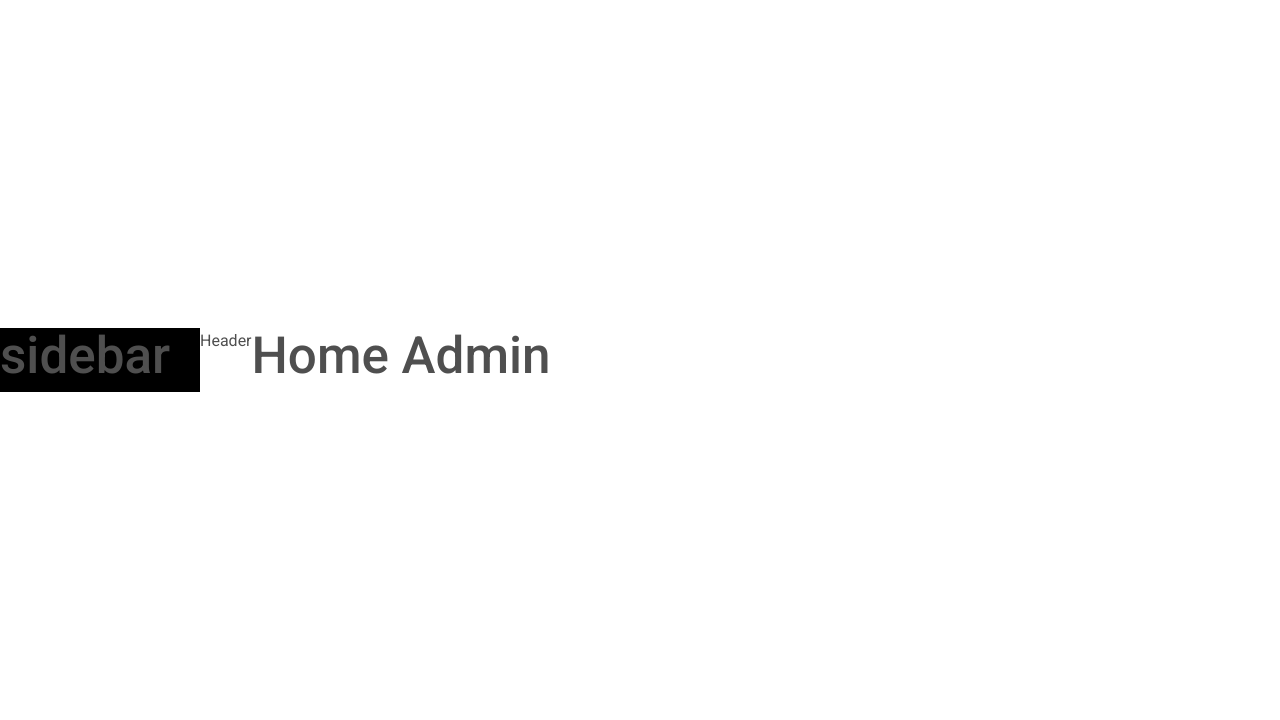
Repository: TinhTT336/MD02_Session10
Page: /admin
The author's editor kept a copy of each file at every save. The page is drawn from the files as they stood at one save, then again after the next save.
The browser window is 1280 px wide. The pictures show the whole page.
Some web libraries are served in a nearby version. The project was rebuilt for these pictures with package versions that can differ from the ones it lists, and the page was loaded fresh each time. Also part of the build but not shown: vite.config.js, src/layouts/Navbar.jsx, src/layouts/Footer.jsx, src/components/base/button/button.css, src/components/base/button/Button.jsx, src/pages/Home.jsx, src/common/formatMoney.js, src/actions/cartActions.js and 11 more. Imported but missing from the stored project, and not drawn on this page: src/layouts/admin/Sidebar.

Above is the page before, as saved 2023-09-08 15:55:15.

### index.html
<!DOCTYPE html>
<html lang="en">
  <head>
    <meta charset="UTF-8" />
    <link rel="icon" type="image/svg+xml" href="/vite.svg" />
    <meta name="viewport" content="width=device-width, initial-scale=1.0" />
    <title>Vite + React</title>
    <!-- Font Awesome -->
    <link
      href="https://cdnjs.cloudflare.com/ajax/libs/font-awesome/6.0.0/css/all.min.css"
      rel="stylesheet"
    />
    <!-- Google Fonts -->
    <link
      href="https://fonts.googleapis.com/css?family=Roboto:300,400,500,700&display=swap"
      rel="stylesheet"
    />
    <!-- MDB -->
    <link
      href="https://cdnjs.cloudflare.com/ajax/libs/mdb-ui-kit/6.4.1/mdb.min.css"
      rel="stylesheet"
    />
  </head>
  <body>
    <div id="root"></div>
    <script type="module" src="/src/main.jsx"></script>
    <script
      type="text/javascript"
      src="https://cdnjs.cloudflare.com/ajax/libs/mdb-ui-kit/6.4.1/mdb.min.js"
    ></script>
  </body>
</html>

### src/main.jsx
import React from 'react'
import ReactDOM from 'react-dom/client'
import App from './App.jsx'
import './index.css'
import { BrowserRouter } from 'react-router-dom'
import { Provider } from 'react-redux'
import { createStore } from 'redux'
import { reducer } from './reducers/index.js'

const store = createStore(reducer)
ReactDOM.createRoot(document.getElementById('root')).render(
  <React.StrictMode>
    <BrowserRouter>
      <Provider store={store}>
        <App />
      </Provider>
    </BrowserRouter>
  </React.StrictMode>,
)

### src/App.jsx

import { Route, Routes, useLocation } from 'react-router-dom'
import './App.css'
import Home from './pages/Home'
import ListProduct from './pages/ListProduct'
import Cart from './pages/Cart'
import About from './pages/About'
import Contact from './pages/Contact'
import Register from './pages/Register'
import Login from './pages/Login'
import ProductDetail from './pages/ProductDetail'
import { useEffect } from 'react'
import PrivateRouter from './pages/private/PrivateRouter'
import HomeAdmin from './pages/private/HomeAdmin'
import ManagerProduct from './pages/private/ManagerProduct'
import ManagerUser from './pages/private/ManagerUser'

function App() {
  const location = useLocation();
  useEffect(() => {
    window.scrollTo({ top: 0, behavior: "smooth" });
  }, [location.pathname])
  return (
    <>
      <Routes>
        {/* Router ai cung co the truy cap */}
        <Route path='/' element={<Home />}></Route>
        <Route path='/list-product' element={<ListProduct />}></Route>
        <Route path='/product/:id' element={<ProductDetail />}></Route>
        <Route path='/cart' element={<Cart />}></Route>
        <Route path='/about' element={<About />}></Route>
        <Route path='/contact' element={<Contact />}></Route>
        <Route path='/register' element={<Register />}></Route>
        <Route path='/login' element={<Login />}></Route>
        <Route path='/product-detail' element={<ProductDetail />}></Route>

        {/* Router chi admin moi co the truy cap */}
        <Route path='/admin' element={<PrivateRouter />}>
          {/* path ="/" duong dan tuyet doi */}
          <Route index element={<HomeAdmin />}></Route>
          <Route path='manager-product' element={<ManagerProduct />}></Route>
          <Route path='manager-user' element={<ManagerUser />}></Route>
        </Route>
      </Routes>
    </>
  )
}

export default App

### src/reducers/index.js
import { combineReducers } from "redux";
import { listProduct } from "./listProduct";
import { listCart } from "./listCart";

export const reducer = combineReducers({ listProduct, listCart });

### src/App.css
* {
  margin: 0;
  padding: 0;
  box-sizing: border-box;
}
.active {
  background-color: #efefef;
}
/* body {
  max-width: 90%;
  margin: 0 auto;
} */

.nav-item .nav-link {
  padding: 15px;
}

.fa-cart-shopping {
  position: relative;
}

.fa-cart-shopping + span {
  position: absolute;
  top: -10px;
  right: -10px;
  background-color: red;
  color: white;
  border-radius: 50%;
  padding: 5px 10px;
}

### src/pages/private/PrivateRouter.jsx
import React from 'react'
import { Navigate, Outlet } from 'react-router-dom';

export default function PrivateRouter() {
    const isLogin = true; //da dang nhap
    return isLogin ? <Outlet /> : (<Navigate to={"/login"} />)
}

### src/pages/private/HomeAdmin.jsx
import React from 'react'
import Sidebar from '../../layouts/admin/sidebar/Sidebar'
import Header from '../../layouts/admin/Header'

export default function HomeAdmin() {
    return (
        <>
            <div className='d-flex'>
                <Sidebar />
                <Header />
                <h1>Home Admin</h1>

            </div>
        </>
    )
}

### src/reducers/listProduct.js
import products from "../data/products.json";
export const listProduct = (state = products, action) => {
  return state;
};

### src/reducers/listCart.js
import {
  ACT_ADD_CART,
  ACT_DECREASE,
  ACT_DELETE,
  ACT_INCREASE,
} from "../contrains/actionTypes";

const initialState = JSON.parse(localStorage.getItem("carts")) || [];
const saveDataLocal = (arr) => {
  localStorage.setItem("carts", JSON.stringify(arr));
};

/**
 * ham lay ra vi tri cua product trong listProduct
 * @param {*} id id can kiem tra
 * @param {*} arr mang can kiem tra
 * @returns neu tim thay ban ghi thi tra ra vi tri, neu khong tra ra -1
 * Author: TinhTT(08/09/2023)
 */
const findIndexProduct = (id, arr) => {
  const productIndex = arr.findIndex((p) => p.product_id === id);
  return productIndex;
};
export const listCart = (state = initialState, action) => {
  switch (action.type) {
    case ACT_ADD_CART:
      //b1:clone mang cu
      const newCarts = [...state];
      // vi tri can lay
      const indexProduct = findIndexProduct(
        action.payload.product_id,
        newCarts
      );
      // b2: kiem tra san pham da ton tai torng gio hang chua?
      if (indexProduct !== -1) {
        // neu da ton tai thi tang so luong
        newCarts[indexProduct].quantity += 1;
        // b3: luu giu lieu len local
        saveDataLocal(newCarts);
        // b4: return mang moi
        return newCarts;
      } else {
        // neu chua thi them vao gio hang
        const newAddCarts = [...state, { ...action.payload, quantity: 1 }];
        // b3: luu giu lieu len local
        saveDataLocal(newAddCarts);
        // b4: return mang moi
        return newAddCarts;
      }
    case ACT_DECREASE:
      // clone ra mang moi
      const newArr = [...state];
      // tim vi tri san pham
      const indexProductDecrease = findIndexProduct(action.payload, newArr);
      // neu so luong sp lon hon 0 thi giam di
      if (newArr[indexProductDecrease].quantity > 1) {
        newArr[indexProductDecrease].quantity -= 1;
        saveDataLocal(newArr);
        return newArr;
      } else {
        // neu so luong bang 0 thi clear khoi gio hang
        //cach 1:
        // newArr.splice(indexProductDecrease, 1);
        // saveDataLocal(newArr);
        // return newArr;

        // cach 2:
        const productFilter = newArr.filter(
          (p) => p.product_id !== action.payload
        );
        saveDataLocal(productFilter);
        return productFilter;
      }
    case ACT_INCREASE:
      // tim vi tri san pham
      const indexProductIncrease = findIndexProduct(action.payload, state);
      // clone ra mang moi
      const newArrIncrease = [...state];
      newArrIncrease[indexProductIncrease].quantity += 1;
      saveDataLocal(newArrIncrease);
      return newArrIncrease;
    case ACT_DELETE:
      // clone ra mang moi
      const newArrDelete = [...state];
      // loc ra cac san pham co id khac voi id cua sp can xoa
      const newArrAfterDelete = newArrDelete.filter(
        (p) => p.product_id !== action.payload
      );
      // luu giu lieu len local
      saveDataLocal(newArrAfterDelete);
      // return mang moi
      return newArrAfterDelete;
    default:
      return state;
  }
};

### src/layouts/admin/sidebar/Sidebar.jsx
import React from 'react'
import "./sidebar.css";
export default function Sidebar() {
    return (
        <>
            <div className='h-100 bg-black sidebar-admin'>
                <h1>sidebar</h1>
            </div>

        </>
    )
}

### src/layouts/admin/Header.jsx
import React from 'react'

export default function Header() {
    return (
        <div>Header</div>
    )
}

### src/data/products.json
[
  {
    "product_id": 1,
    "product_name": "đai lưng",
    "image": "https://mdbcdn.b-cdn.net/img/Photos/Horizontal/E-commerce/Products/belt.webp",
    "price": 50000,
    "description": "Đai lưng thời trang cho nam và nữ. Sản phẩm này làm từ chất liệu da tổng hợp cao cấp, chất lượng đảm bảo. Thiết kế đơn giản nhưng vô cùng thời trang, phù hợp cho mọi dịp và trang phục. Dễ dàng điều chỉnh độ rộng để phù hợp với bạn. Đai lưng là một phụ kiện không thể thiếu trong tủ đồ của bạn."
  },
  {
    "product_id": 2,
    "product_name": "sét đồ đi chơi",
    "image": "https://mdbcdn.b-cdn.net/img/Photos/Horizontal/E-commerce/Products/img%20(4).webp",
    "price": 60000,
    "description": "Sét đồ đi chơi này bao gồm một áo thun, một quần jean và một đôi giày thể thao. Áo thun được làm từ chất liệu cotton, mềm mại và thoáng mát. Quần jean được làm từ chất liệu denim, vừa vặn và tôn dáng. Đôi giày thể thao được làm từ chất liệu da, đế cao su, mang lại sự thoải mái và êm ái khi di chuyển."
  },
  {
    "product_id": 3,
    "product_name": "giầy Nike hồng",
    "image": "https://mdbcdn.b-cdn.net/img/Photos/Horizontal/E-commerce/Products/shoes%20(3).webp",
    "price": 55000,
    "description": "Giày Nike hồng là một đôi giày thời trang dành cho nữ. Giày được làm từ chất liệu da tổng hợp cao cấp, có màu hồng pastel xinh xắn. Thiết kế đơn giản nhưng tinh tế, phù hợp với nhiều trang phục khác nhau."
  },
  {
    "product_id": 4,
    "product_name": "giầy Nike ",
    "image": "https://mdbcdn.b-cdn.net/img/Photos/Horizontal/E-commerce/Products/img%20(23).webp",
    "price": 70000,
    "description": "Giày Nike là một đôi giày thể thao dành cho nam và nữ. Giày được làm từ chất liệu da tổng hợp cao cấp, có màu đen cá tính. Thiết kế hiện đại, năng động, phù hợp với nhiều hoạt động thể thao khác nhau."
  },
  {
    "product_id": 5,
    "product_name": "quần jeans",
    "image": "https://mdbcdn.b-cdn.net/img/Photos/Horizontal/E-commerce/Products/img%20(17).webp",
    "price": 80000,
    "description": "Quần jeans là một item thời trang không thể thiếu trong tủ đồ của bất kỳ ai. Quần jeans trong danh sách này được làm từ chất liệu denim cao cấp, vừa vặn và tôn dáng. Màu xanh jeans cổ điển, dễ phối với nhiều trang phục khác nhau."
  },
  {
    "product_id": 6,
    "product_name": "mũ da",
    "image": "https://mdbcdn.b-cdn.net/img/Photos/Horizontal/E-commerce/Products/img%20(30).webp",
    "price": 100000,
    "description": "Mũ da là một phụ kiện thời trang không thể thiếu cho cả nam và nữ. Mũ được làm từ chất liệu da cao cấp, có màu đen sang trọng. Thiết kế đơn giản nhưng tinh tế, phù hợp với nhiều trang phục khác nhau."
  }
]

### src/contrains/actionTypes.js
export const ACT_ADD_CART = "add";
export const ACT_DECREASE = "decrease";
export const ACT_INCREASE = "increase";
export const ACT_DELETE = "delete";

### src/layouts/admin/sidebar/sidebar.css
.sidebar-admin {
  width: 200px;
  height: 100%;
  overflow: hidden;
}

Loaded but not shown: src/index.css (common file)

After the next save:
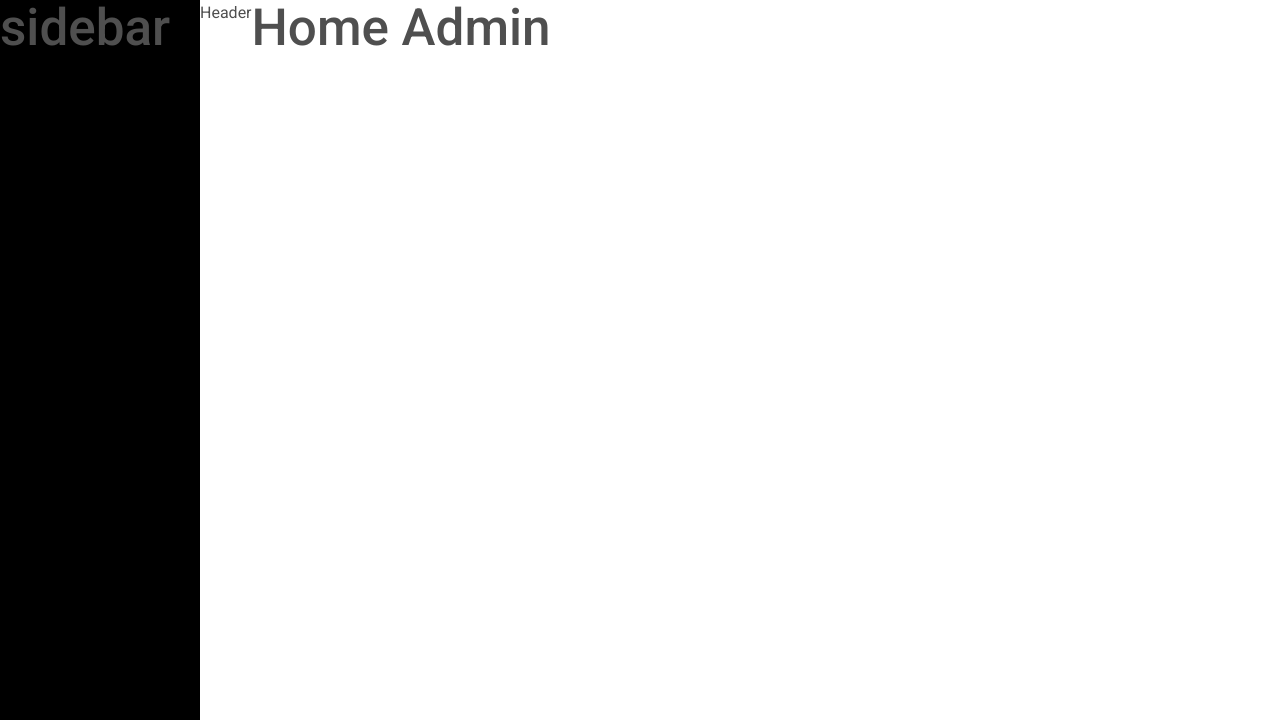
Saved 13 s later.
--- a/src/layouts/admin/sidebar/sidebar.css
+++ b/src/layouts/admin/sidebar/sidebar.css
@@ -1,5 +1,5 @@
 .sidebar-admin {
   width: 200px;
-  height: 100%;
+  min-height: 100vh;
   overflow: hidden;
 }
